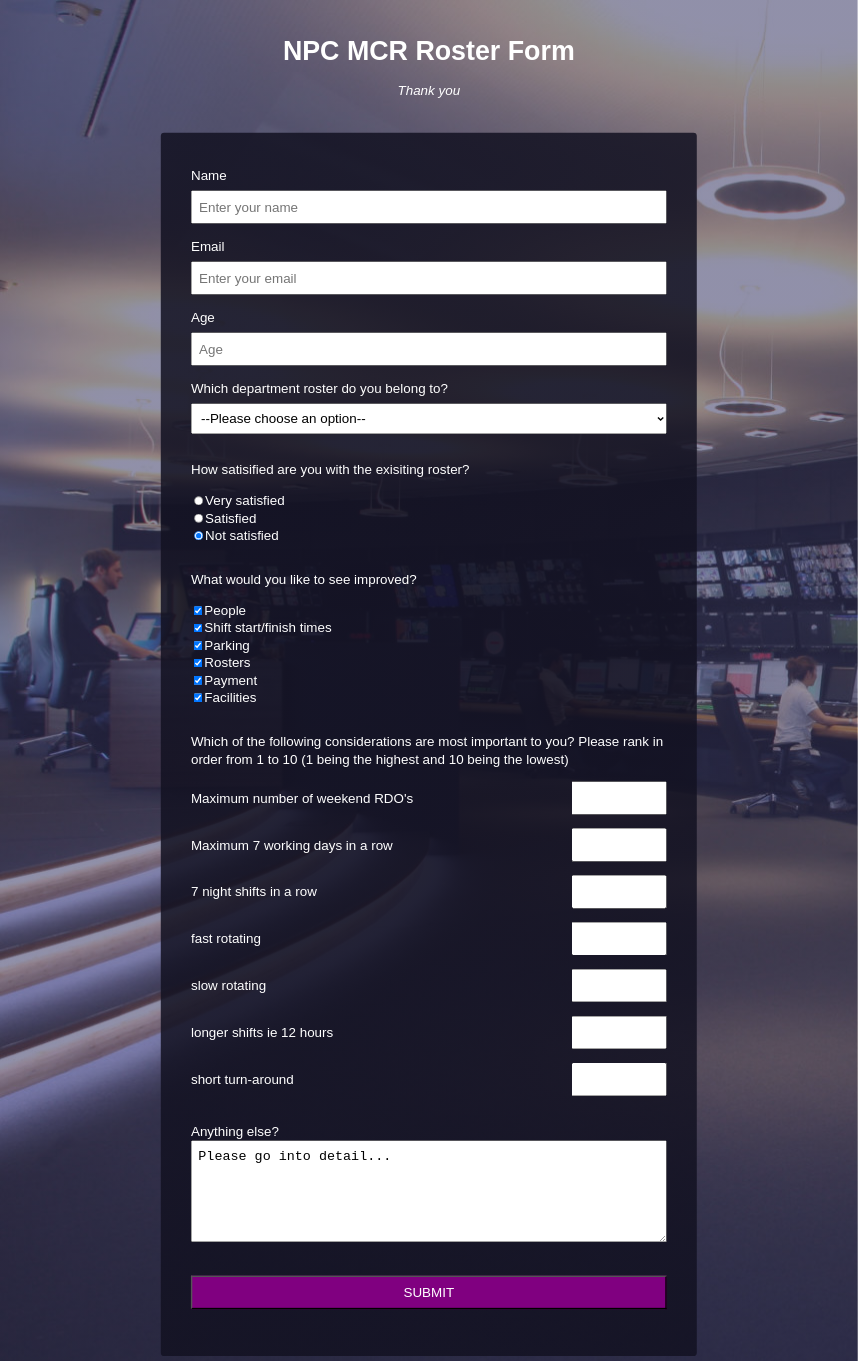
Repository: rvass/fcc-survey-form
Page: index.html
The author's editor kept a record of every edit. The page is drawn from the files as they stood at one moment, then again after the next edit.
The browser window is 1280 px wide. The pictures show the whole page, at 67% of full size.

Above is the page before.

After the next edit:
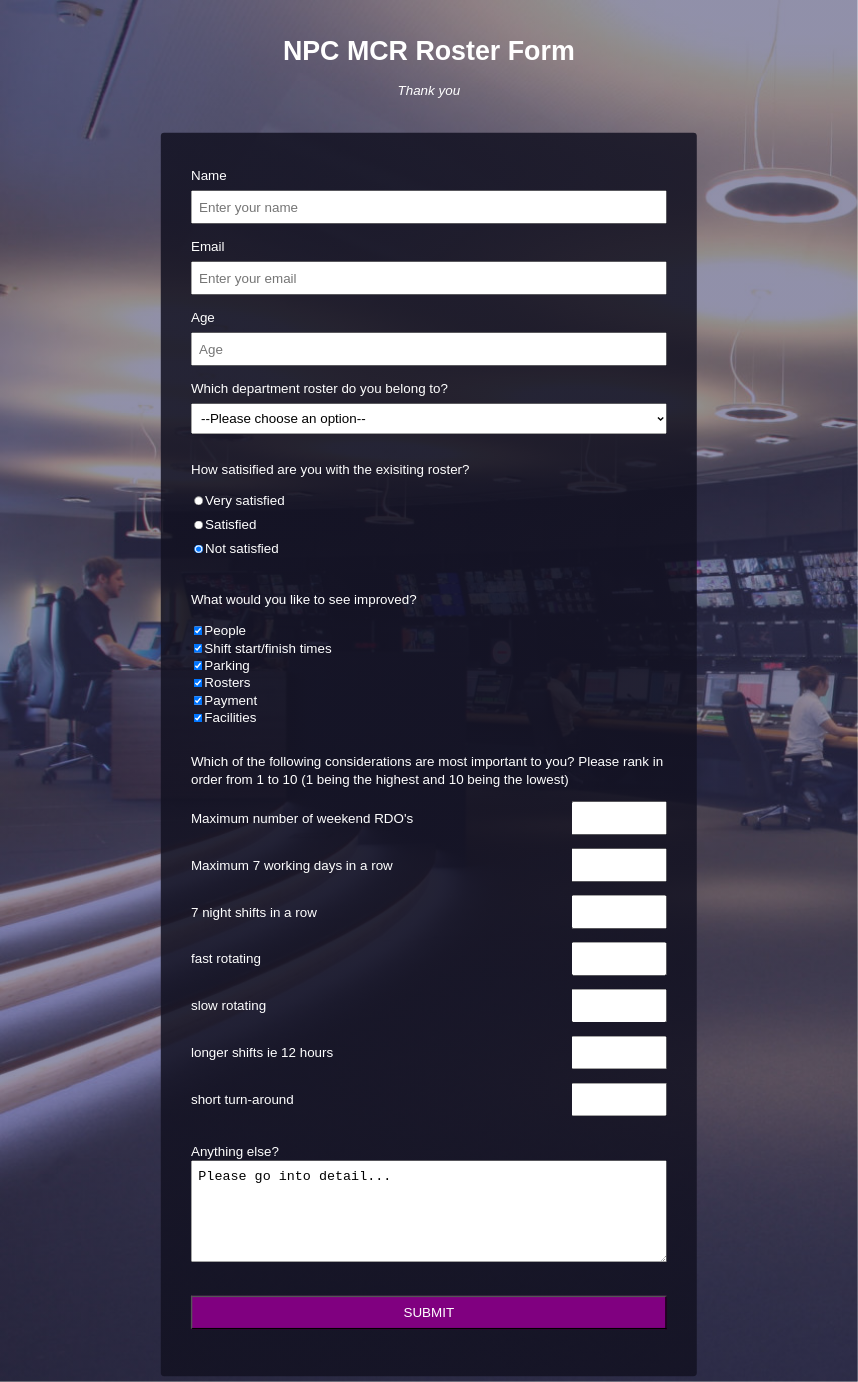
The edit:
--- a/index.html
+++ b/index.html
@@ -37,7 +37,7 @@
                 </select>
             </div>
 
-            <div class="non-flex-div">
+            <div class="form-div">
                 <p>How satisified are you with the exisiting roster?</p>
 
                 <label for="very-satisfied"><input type="radio" value="very-satisfied" id="very-satisfied" name="how-satisfied" checked/>Very satisfied</label>
